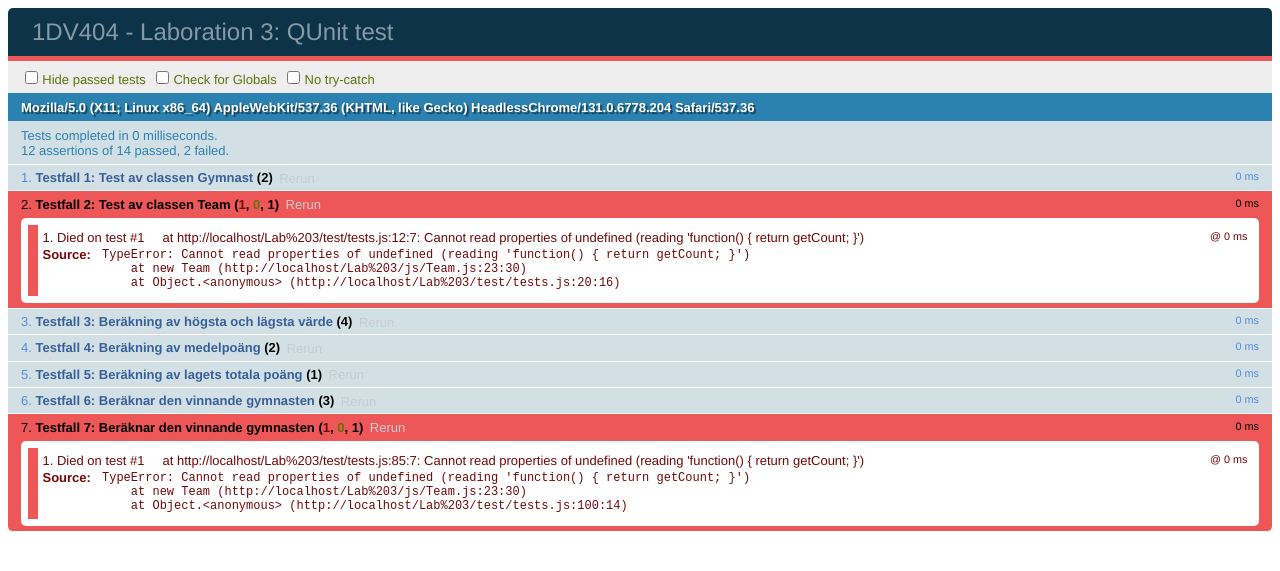
Repository: Holmewi/1dv404-jh222qr-laborationer
Page: Lab 3/test.html
The author's editor kept a record of every edit. The page is drawn from the files as they stood at one moment, then again after the next edit.
The browser window is 1280 px wide. The pictures show the whole page.

Above is the page before.

### Lab 3/test.html
<!DOCTYPE HTML>
<html lang="sv">

<head>
    <meta charset="utf-8" />
    <title>1DV404 - Laboration 3: QUnit test</title>
    <link rel="stylesheet" href="test/qunit-1.16.0.css">
</head>

<body>

<div id="qunit"></div>
<div id="qunit-fixture"></div>

    <script src="test/qunit-1.16.0.js"></script>
    <script src="test/tests.js"></script>
    <script src="js/testclasses.js"></script>
    <script src="js/Gymnast.js"></script>
    <script src="js/Team.js"></script>

</body>
</html>

### Lab 3/test/qunit-1.16.0.css
/*!
 * QUnit 1.16.0
 * http://qunitjs.com/
 *
 * Copyright 2006, 2014 jQuery Foundation and other contributors
 * Released under the MIT license
 * http://jquery.org/license
 *
 * Date: 2014-12-03T16:32Z
 */

/** Font Family and Sizes */

#qunit-tests, #qunit-header, #qunit-banner, #qunit-testrunner-toolbar, #qunit-userAgent, #qunit-testresult {
	font-family: "Helvetica Neue Light", "HelveticaNeue-Light", "Helvetica Neue", Calibri, Helvetica, Arial, sans-serif;
}

#qunit-testrunner-toolbar, #qunit-userAgent, #qunit-testresult, #qunit-tests li { font-size: small; }
#qunit-tests { font-size: smaller; }


/** Resets */

#qunit-tests, #qunit-header, #qunit-banner, #qunit-userAgent, #qunit-testresult, #qunit-modulefilter {
	margin: 0;
	padding: 0;
}


/** Header */

#qunit-header {
	padding: 0.5em 0 0.5em 1em;

	color: #8699A4;
	background-color: #0D3349;

	font-size: 1.5em;
	line-height: 1em;
	font-weight: 400;

	border-radius: 5px 5px 0 0;
}

#qunit-header a {
	text-decoration: none;
	color: #C2CCD1;
}

#qunit-header a:hover,
#qunit-header a:focus {
	color: #FFF;
}

#qunit-testrunner-toolbar label {
	display: inline-block;
	padding: 0 0.5em 0 0.1em;
}

#qunit-banner {
	height: 5px;
}

#qunit-testrunner-toolbar {
	padding: 0.5em 1em 0.5em 1em;
	color: #5E740B;
	background-color: #EEE;
	overflow: hidden;
}

#qunit-userAgent {
	padding: 0.5em 1em 0.5em 1em;
	background-color: #2B81AF;
	color: #FFF;
	text-shadow: rgba(0, 0, 0, 0.5) 2px 2px 1px;
}

#qunit-modulefilter-container {
	float: right;
}

/** Tests: Pass/Fail */

#qunit-tests {
	list-style-position: inside;
}

#qunit-tests li {
	padding: 0.4em 1em 0.4em 1em;
	border-bottom: 1px solid #FFF;
	list-style-position: inside;
}

#qunit-tests > li {
	display: none;
}

#qunit-tests li.pass, #qunit-tests li.running, #qunit-tests li.fail {
	display: list-item;
}

#qunit-tests.hidepass li.pass, #qunit-tests.hidepass li.running  {
	display: none;
}

#qunit-tests li strong {
	cursor: pointer;
}

#qunit-tests li.skipped strong {
	cursor: default;
}

#qunit-tests li a {
	padding: 0.5em;
	color: #C2CCD1;
	text-decoration: none;
}
#qunit-tests li a:hover,
#qunit-tests li a:focus {
	color: #000;
}

#qunit-tests li .runtime {
	float: right;
	font-size: smaller;
}

.qunit-assert-list {
	margin-top: 0.5em;
	padding: 0.5em;

	background-color: #FFF;

	border-radius: 5px;
}

.qunit-collapsed {
	display: none;
}

#qunit-tests table {
	border-collapse: collapse;
	margin-top: 0.2em;
}

#qunit-tests th {
	text-align: right;
	vertical-align: top;
	padding: 0 0.5em 0 0;
}

#qunit-tests td {
	vertical-align: top;
}

#qunit-tests pre {
	margin: 0;
	white-space: pre-wrap;
	word-wrap: break-word;
}

#qunit-tests del {
	background-color: #E0F2BE;
	color: #374E0C;
	text-decoration: none;
}

#qunit-tests ins {
	background-color: #FFCACA;
	color: #500;
	text-decoration: none;
}

/*** Test Counts */

#qunit-tests b.counts                       { color: #000; }
#qunit-tests b.passed                       { color: #5E740B; }
#qunit-tests b.failed                       { color: #710909; }

#qunit-tests li li {
	padding: 5px;
	background-color: #FFF;
	border-bottom: none;
	list-style-position: inside;
}

/*** Passing Styles */

#qunit-tests li li.pass {
	color: #3C510C;
	background-color: #FFF;
	border-left: 10px solid #C6E746;
}

#qunit-tests .pass                          { color: #528CE0; background-color: #D2E0E6; }
#qunit-tests .pass .test-name               { color: #366097; }

#qunit-tests .pass .test-actual,
#qunit-tests .pass .test-expected           { color: #999; }

#qunit-banner.qunit-pass                    { background-color: #C6E746; }

/*** Failing Styles */

#qunit-tests li li.fail {
	color: #710909;
	background-color: #FFF;
	border-left: 10px solid #EE5757;
	white-space: pre;
}

#qunit-tests > li:last-child {
	border-radius: 0 0 5px 5px;
}

#qunit-tests .fail                          { color: #000; background-color: #EE5757; }
#qunit-tests .fail .test-name,
#qunit-tests .fail .module-name             { color: #000; }

#qunit-tests .fail .test-actual             { color: #EE5757; }
#qunit-tests .fail .test-expected           { color: #008000; }

#qunit-banner.qunit-fail                    { background-color: #EE5757; }

/*** Skipped tests */

#qunit-tests .skipped {
	background-color: #EBECE9;
}

#qunit-tests .qunit-skipped-label {
	background-color: #F4FF77;
	display: inline-block;
	font-style: normal;
	color: #366097;
	line-height: 1.8em;
	padding: 0 0.5em;
	margin: -0.4em 0.4em -0.4em 0;
}

/** Result */

#qunit-testresult {
	padding: 0.5em 1em 0.5em 1em;

	color: #2B81AF;
	background-color: #D2E0E6;

	border-bottom: 1px solid #FFF;
}
#qunit-testresult .module-name {
	font-weight: 700;
}

/** Fixture */

#qunit-fixture {
	position: absolute;
	top: -10000px;
	left: -10000px;
	width: 1000px;
	height: 1000px;
}

### Lab 3/test/tests.js
QUnit.test( "Testfall 1: Test av classen Gymnast", function(assert) {
    var gymnast = new Gymnast("Sara Larsson", 203)

    var expected = {
            name: "Sara Larsson",
            id: 203,
        };
    assert.equal(gymnast.getName(), expected.name, "The object returns the name");
    assert.equal(gymnast.getId(), expected.id, "The object returns the id");
});

QUnit.test( "Testfall 2: Test av classen Team", function(assert) {
    var gymnasts = [
		{name: "Erik Svensson", id : 226},
		{name: "Sara Larsson", id : 188},
		{name: "Thomas Björk", id : 197},
		{name: "Jenny Ahl", id : 256},
	];

    var team = new Team("FC Calmare", 26, gymnasts)

    var expected = {
            teamName: "FC Calmare",
            teamId: 26,
            gymnasts: [
        		{name: "Erik Svensson", id : 226},
        		{name: "Sara Larsson", id : 188},
        		{name: "Thomas Björk", id : 197},
        		{name: "Jenny Ahl", id : 256},
        	]
        };

    assert.equal(team.getName(), expected.teamName, "The object returns the name");
    assert.equal(team.getId(), expected.teamId, "The object returns the id");
    assert.equal(team.getGymnasts()[0].name, expected.gymnasts[0].name, "The object returns the gymnast name");
    assert.equal(team.getGymnasts()[0].id, expected.gymnasts[0].id, "The object returns the gymnast id");
});

QUnit.test( "Testfall 3: Beräkning av högsta och lägsta värde", function(assert) {
    var gymnastPnts1 = [2, -1, 4, 8, 5];
    var gymnastPnts2 = [5, 6, 4, 11, 7];
    var gymnastPnts3 = [2, 10, 5, 7, 4];
    var gymnastPnts4 = [2, 10, 5, 7, 4];

    assert.throws(CalculateGymnastMediumPnt(gymnastPnts1), "ERROR! The point is to low");
    assert.throws(CalculateGymnastMediumPnt(gymnastPnts2), "ERROR! The point is to hig");
    assert.equal(CalculateGymnastMediumPnt(gymnastPnts3).minPnt, 2, "The lowerst point is 2.");
    assert.equal(CalculateGymnastMediumPnt(gymnastPnts4).maxPnt, 10, "The highest point is 10.");
});

QUnit.test( "Testfall 4: Beräkning av medelpoäng", function(assert) {
    var gymnastPnts1 = [7, 9, 5, 10, 4];
    var gymnastPnts2 = [7, 10, 9, 10, 6];

    assert.equal(CalculateGymnastMediumPnt(gymnastPnts1).gymnastMediumScore, 7, "The average point is 7.");
    assert.equal(CalculateGymnastMediumPnt(gymnastPnts2).gymnastMediumScore, 8.67, "The average point is 8,67.");
});


QUnit.test( "Testfall 5: Beräkning av lagets totala poäng", function(assert) {
    var gymnasts1 = [
		{name: "Erik Svensson", id : 226, point: 8},
		{name: "Sara Larsson", id : 188, point: 9},
		{name: "Thomas Björk", id : 197, point: 7},
		{name: "Jenny Ahl", id : 256, point: 8}
	];

	assert.equal(CalcTeamPnt(gymnasts1).teamPnt, 32, "The team total point is 32");

});

QUnit.test( "Testfall 6: Beräknar den vinnande gymnasten", function(assert) {
    var gymnasts1 = [
		{name: "Erik Svensson", id : 226, point: 8},
		{name: "Sara Larsson", id : 188, point: 9},
		{name: "Thomas Björk", id : 197, point: 7},
		{name: "Jenny Ahl", id : 256, point: 6}
	];

	assert.equal(CalcTeamPnt(gymnasts1).gold, "Sara Larsson is the winner with 9 points", CalcTeamPnt(gymnasts1).gold);
    assert.equal(CalcTeamPnt(gymnasts1).silver, "Erik Svensson comes second with 8 points", CalcTeamPnt(gymnasts1).silver);
    assert.equal(CalcTeamPnt(gymnasts1).bronze, "Thomas Björk comes third with 7 points", CalcTeamPnt(gymnasts1).bronze);
});

QUnit.test( "Testfall 7: Beräknar den vinnande gymnasten", function(assert) {
    var gymnasts1 = [
		{name: "Erik Svensson", id : 226, point: 8},
		{name: "Sara Larsson", id : 188, point: 9},
		{name: "Thomas Björk", id : 197, point: 7},
		{name: "Jenny Ahl", id : 256, point: 6}
	];

	var gymnasts2 = [
		{name: "Mathila Jonsson", id : 334, point: 6},
		{name: "Jonas Sjöbom", id : 34, point: 4},
		{name: "Elin Dahlkvist", id : 339, point: 8},
		{name: "Tobias Torfeltd", id : 114, point: 7}
	];

	var team1 = new Team("FC Calmare", 26, gymnasts1);
	var team2 = new Team("Nybro IF", 15, gymnasts2);

	console.log(CalcTeamPnt(team1.getGymnasts()).teamPnt);
	console.log(CalcTeamPnt(team2.getGymnasts()).teamPnt);

	assert.equal(CalcTeamPnt(team1.getGymnasts()).teamPnt, 30, team1.getName() + " is the winner with " + CalcTeamPnt(team1.getGymnasts()).teamPnt);
	assert.equal(CalcTeamPnt(team2.getGymnasts()).teamPnt, 25, team2.getName() + " is the loser with " + CalcTeamPnt(team2.getGymnasts()).teamPnt);
});

### Lab 3/js/testclasses.js
function CalculateGymnastMediumPnt(gymnastPnts){

    // gymnastPnts är en array med fem värden som matas in av sekreteraren för varje gren

    try{

        var gymnastAddedScore = 0;
        var gymnastMediumScore = 0;
        var points;

        function sortNumber(a,b) {
            return a - b;
        }

        gymnastPnts.sort(sortNumber);
        gymnastPnts.reverse();
        console.log(gymnastPnts);

        // Sätter maxpoäng och minsta poäng
        var minPnt = gymnastPnts[gymnastPnts.length - 1];
    	var maxPnt = gymnastPnts[0];

        // Tar bort den högsta och lägsta poängen
        gymnastPnts.splice(0, 1);
        gymnastPnts.splice(3, 4);
        console.log(gymnastPnts);

        gymnastAddedScore = gymnastPnts.reduce(function(a,b){return a+b;});
        console.log(gymnastAddedScore);

        gymnastMediumScore = Math.round((gymnastAddedScore / gymnastPnts.length) * 100) / 100;
        console.log("Gymnast Medium Score: " + gymnastMediumScore);

        points = {minPnt : minPnt, maxPnt : maxPnt, gymnastMediumScore : gymnastMediumScore};

        return points;
    }
	catch(error){
		console.log(error.message);
	}
}

function CalcTeamPnt(teamGymnasts){

    // teamGymnasts är en array med samtliga gymnaster i laget


    try{
        var scores = [];
        var points;
        var teamPnt = 0;
        var gold, silver, bronze;

        teamGymnasts.forEach(function(member, index){
			scores[index] = member.point;
			if (member.point < 0) {
			    throw new Error("To low point");
			}
			if (member.point > 10) {
			    throw new Error("To high point");
			}
		});

		function sortNumber(a,b) {
            return a - b;
        }

		scores.sort(sortNumber);

		console.log(scores);

		teamGymnasts.forEach(function(member){

    		if(member.point == scores[scores.length - 1]){
    			gold = member.name + " is the winner with " + member.point + " points";
    		}
    		if(member.point == scores[scores.length - 2]){
    			silver = member.name + " comes second with " + member.point + " points";
    		}
    		if(member.point == scores[scores.length - 3]){
    			bronze = member.name + " comes third with " + member.point + " points";
    		}
    	});

		// Adderar värdena i arrayen
        teamPnt = scores.reduce(function(a,b){return a+b;});
        console.log("Team Added Score: " + teamPnt);

        // Sätter maxpoäng och minsta poäng
        // Här inser jag nyttan med att skicka med en array med gymnast-objekt
        // På så vis kan jag enklare lista vilken gymnast som är bäst
        //var minPnt = teamPnts[teamPnts.length - 1];
    	//var maxPnt = teamPnts[0];

    	console.log(gold);


        points = {teamPnt : teamPnt, gold : gold, silver : silver, bronze : bronze};

        return points;
    }
	catch(error){
		console.log(error.message);
	}
}

### Lab 3/js/Gymnast.js
"use strict";

function Gymnast(name, id){
    var score = 0;

    this.getName = function() { return name; };
    this.setName = function(_name) { name = _name };
    this.getId = function() { return id; };
    this.setId = function(_id) { id = _id };

    this.setName(name);
    this.setId(id);
}

Gymnast.prototype.point = function(mediumScore) {
    console.log(mediumScore);




    this.getScore = function() { return mediumScore; };
    this.setScore = function(_score) { mediumScore = _score };

    this.setScore(mediumScore);


    //return mediumScore;
};

### Lab 3/js/Team.js
"use strict";

function Team(teamName, teamId, amount, gymnasts){
    var getCount;

    this.getCount = function() { return getCount; };
    this.setCount = function(_getCount) { getCount = _getCount };
    console.log(this.getCount);

    this.getName = function() { return teamName; };
    this.setName = function(_name) { teamName = _name };
    this.getId = function() { return teamId; };
    this.setId = function(_id) { teamId = _id };
    this.getAmount = function() { return amount };
    this.setAmount = function(_amount) { amount = _amount };
    this.getGymnasts = function() { return gymnasts[this.getCount]; };
    this.setGymnasts = function(_gymnasts) { gymnasts[this.getCount] = _gymnasts };

    this.setName(teamName);
    this.setId(teamId);
    this.setAmount(amount);
    this.setCount(getCount);
    this.setGymnasts(gymnasts[this.getCount]);

    console.log(gymnasts);
}

Team.prototype.teamPnts = function(teamPnt) {
    this.getTeamPnt = function() { return teamPnt; };
    this.setTeamPnt = function(_teamPnt) { teamPnt = _teamPnt };

    this.setTeamPnt(teamPnt);
};

Team.prototype.teamTotalPnts = function(teamAddedPnts) {
    this.getTeamTotalPnts = function() { return teamAddedPnts; };
    this.setTeamTotalPnts = function(_teamAddedPnts) { teamAddedPnts = _teamAddedPnts };

    this.setTeamTotalPnts(teamAddedPnts);
};

Team.prototype.teamLeaguePnts = function(teamTotalPnts) {
    this.getTeamLeaguePnts = function() { return teamTotalPnts; };
    this.setTeamLeaguePnts = function(_teamTotalPnts) { teamTotalPnts = _teamTotalPnts };

    this.setTeamLeaguePnts(teamTotalPnts);
};

Loaded but not shown: Lab 3/test/qunit-1.16.0.js (2819 lines, source omitted)

After the next edit:
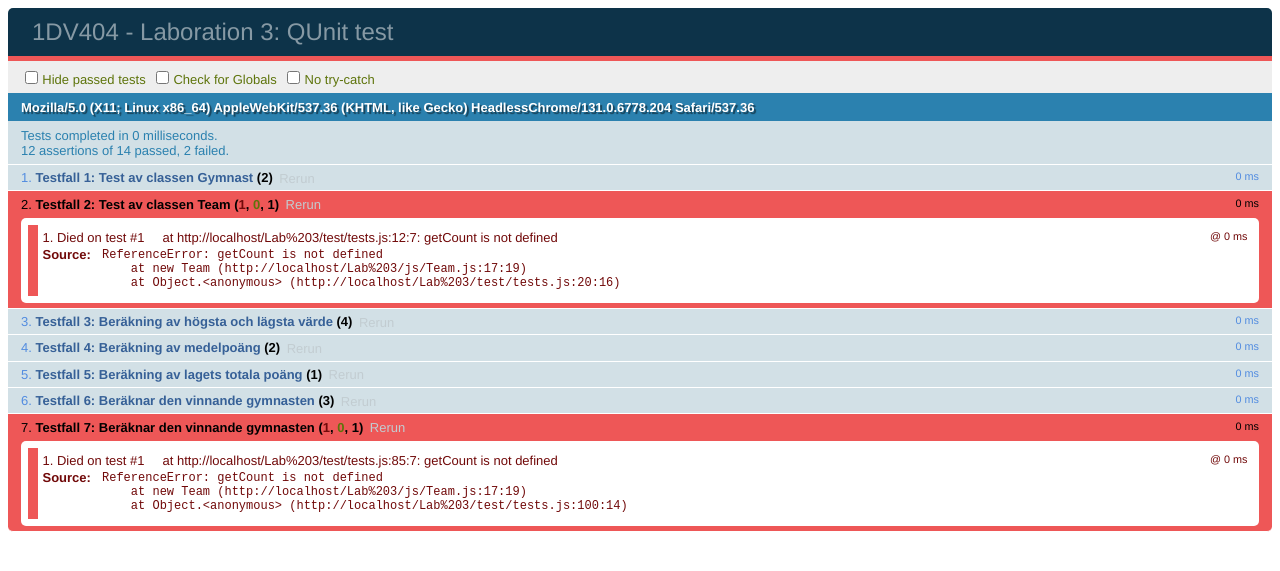
The edit:
--- a/Lab 3/js/Team.js
+++ b/Lab 3/js/Team.js
@@ -1,11 +1,6 @@
 "use strict";
 
 function Team(teamName, teamId, amount, gymnasts){
-    var getCount;
-
-    this.getCount = function() { return getCount; };
-    this.setCount = function(_getCount) { getCount = _getCount };
-    console.log(this.getCount);
 
     this.getName = function() { return teamName; };
     this.setName = function(_name) { teamName = _name };
